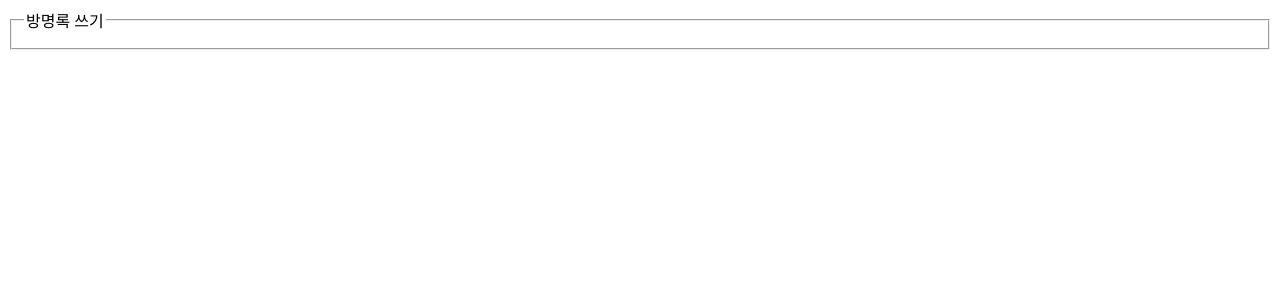
Repository: tkdwns0016/WebEclipse
Page: http://localhost/jsp07_db/guestbook/message.jsp
An editor plug-in stored every save of this project. The page is shown before and after the next save, followed by the edit.
The browser window is 1280 px wide. The pictures show the whole page.
The page is served by Tomcat 9. Other server files are loaded and not shown.

Above is the page before, as saved 2021-05-24 04:02:24.

### jsp07_db/WebContent/guestbook/message.jsp
<%@ page language="java" contentType="text/html; charset=UTF-8"
    pageEncoding="UTF-8"%>
<!DOCTYPE html>
<html>
<head>
<meta charset="UTF-8">
<title>방명록</title>
</head>
<body>
	<form action="" method="post">
		<fieldset>
		<legend>방명록 쓰기</legend>
		</fieldset>
	</form>
</body>
</html>

After the next save:
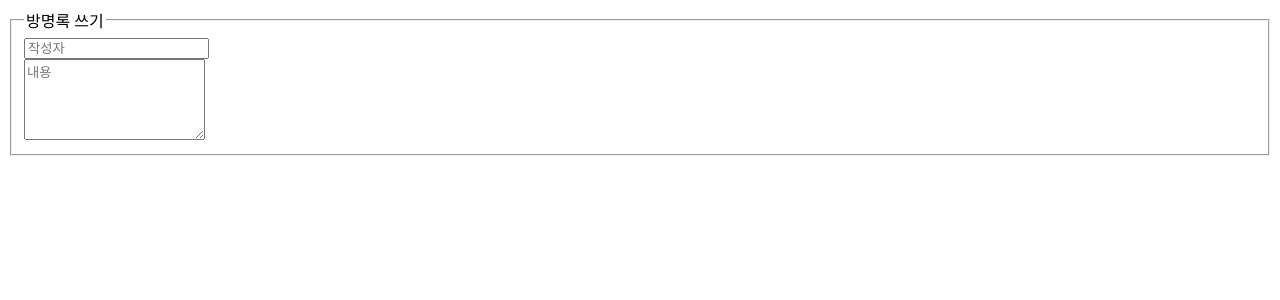
Saved 57 s later.
--- a/jsp07_db/WebContent/guestbook/message.jsp
+++ b/jsp07_db/WebContent/guestbook/message.jsp
@@ -10,6 +10,8 @@
 	<form action="" method="post">
 		<fieldset>
 		<legend>방명록 쓰기</legend>
+		<input type="text" name="guestName" placeholder="작성자"><br>
+		<textarea rows="5" cols="20" placeholder="내용" name="message"></textarea>
 		</fieldset>
 	</form>
 </body>
